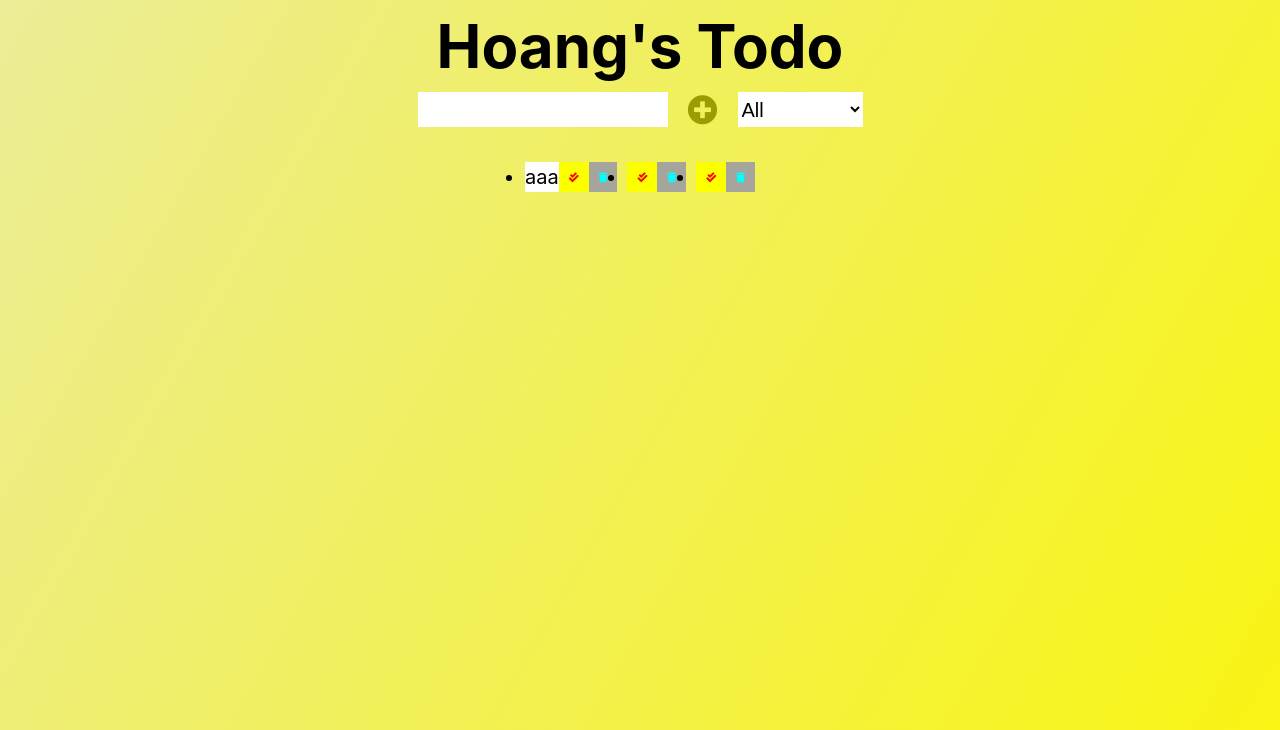
Repository: DinhHoang0607/TodoReact
Page: /
These files come from the project's save history. The page is drawn as it stood at one moment and after the next save; the edit follows.
The browser window is 1280 px wide. The pictures show the whole page.
Some web libraries are served in a nearby version. The project was rebuilt for these pictures with package versions that can differ from the ones it lists, and the page was loaded fresh each time.

Above is the page before, as saved 2021-09-11 22:01:02.

After the next save:
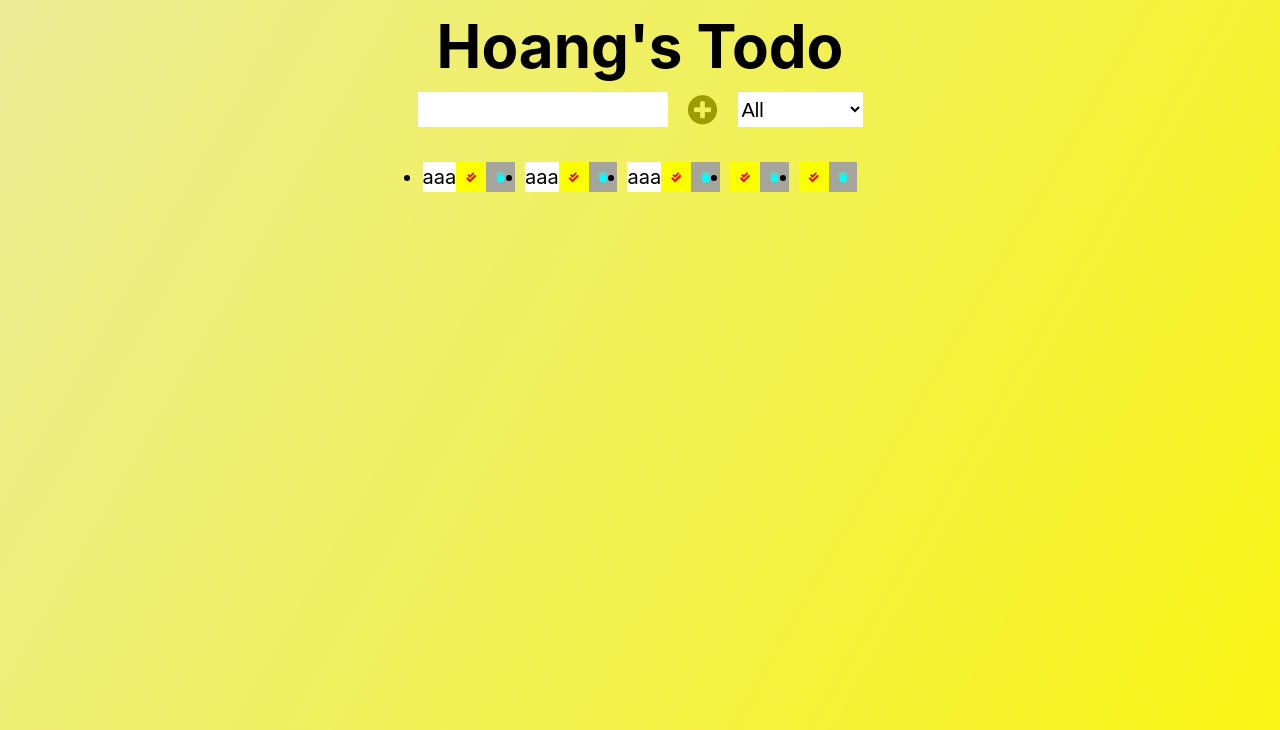
Saved 11 s later.
--- a/src/components/List.js
+++ b/src/components/List.js
@@ -5,6 +5,8 @@ const List = ({ inputText }) => {
   return (
     <div className="container">
       <ul className="list">
+        <Item item='aaa'/>
+        <Item item='aaa'/>
         <Item item='aaa'/>
         <Item />
         <Item />
